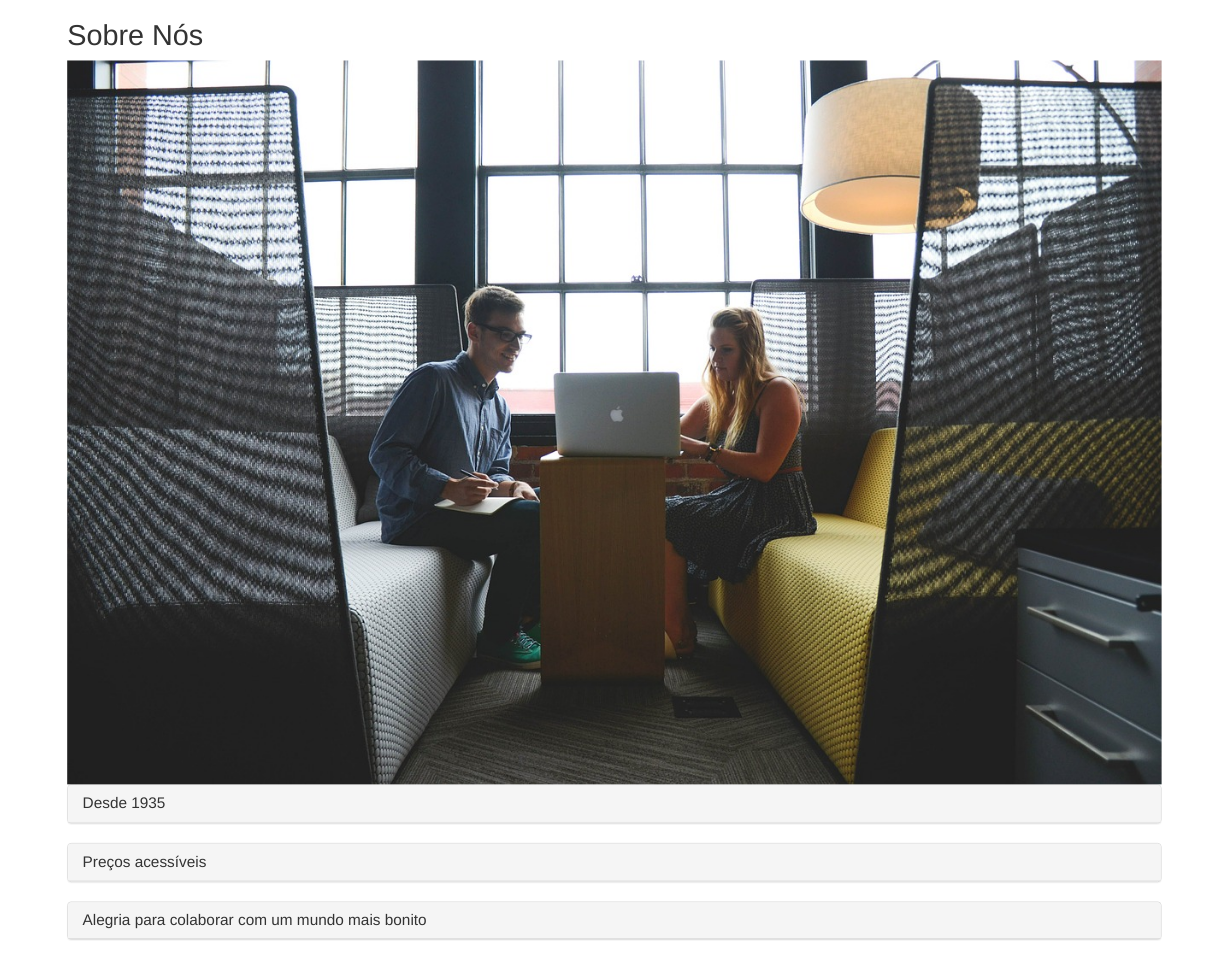
Repository: daviemer/bootstrap-alura
Page: index2.html
These files come from the project's save history. The page is drawn as it stood at one moment and after the next save; the edit follows.
The browser window is 1280 px wide. The pictures show the whole page, at 96% of full size.

Above is the page before, as saved 2022-07-08 19:20:20.

After the next save:
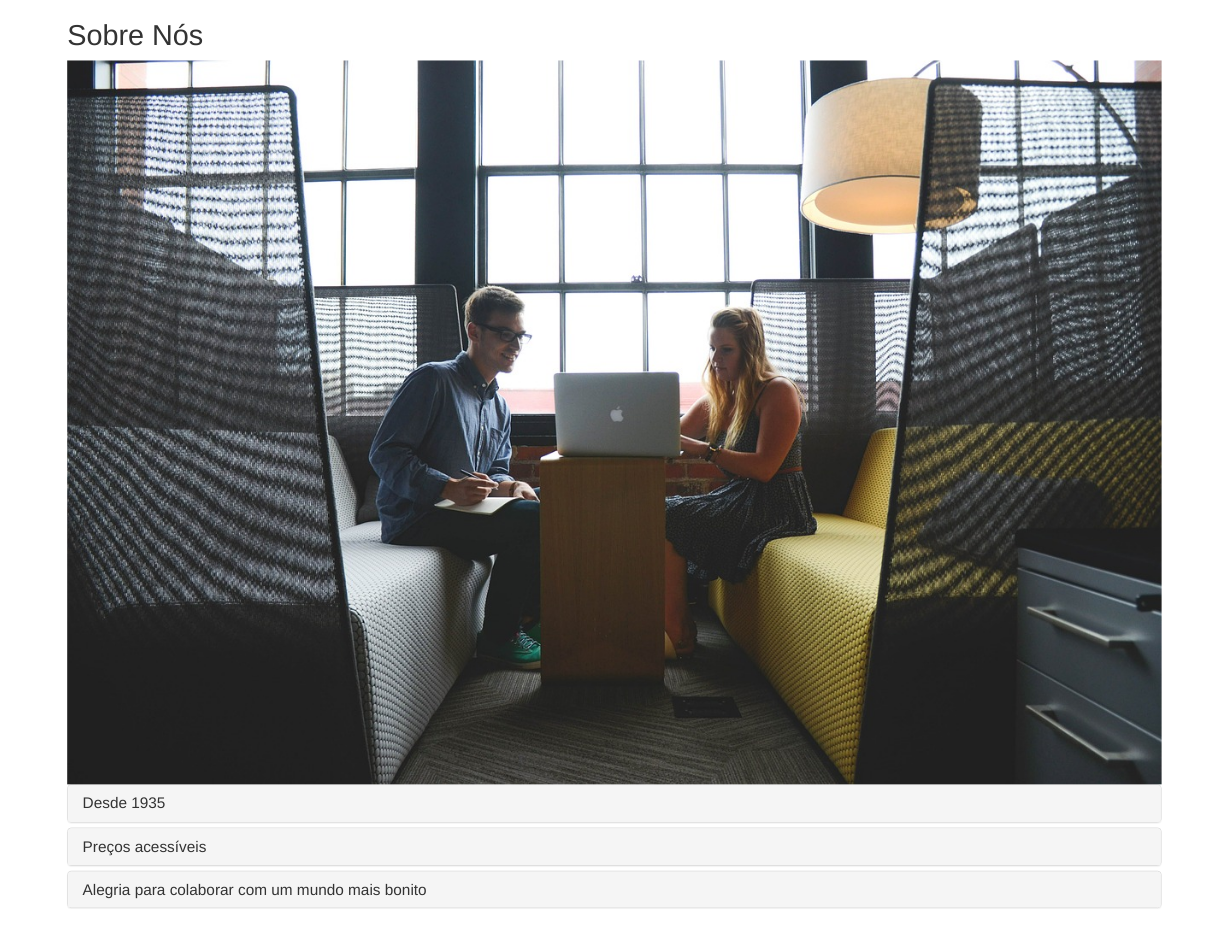
Saved 96 s later.
--- a/index2.html
+++ b/index2.html
@@ -11,41 +11,40 @@
   <div class="container">
     <h2>Sobre Nós</h2>
     <img class="img-responsive" src="assets/img/empresa.jpg" alt="">
-    <div class="panel panel-default">
-      <div class="panel-heading">
-        <h3 class="panel-title" data-toggle="collapse" data-target="#primeiro-paragrafo">Desde 1935</h3>
+    <div class="panel-group">
+      <div class="panel panel-default">
+        <div class="panel-heading">
+          <h3 class="panel-title" data-toggle="collapse" data-target="#primeiro-paragrafo">Desde 1935</h3>
+        </div>
+          <div id="primeiro-paragrafo" class="collapse">
+            <div class="panel-body">
+              <p>A TopCasaFina arquitetura está no mercado desde</p>
+            </div>
+          </div>
+
       </div>
-        <div id="primeiro-paragrafo" class="collapse">
-          <div class="panel-body">
-            <p>A TopCasaFina arquitetura está no mercado desde</p>
+      <div class="panel panel-default">
+        <div class="panel-heading">
+          <h3 class="panel-title" data-toggle="collapse" data-target="#segundo-paragrafo">Preços acessíveis</h3>
+        </div>
+          <div id="segundo-paragrafo" class="collapse">
+            <div class="panel-body">
+              <p>A TopCasaFina arquitetura está no mercado desde</p>
+            </div>
           </div>
+
+      </div>
+      <div class="panel panel-default">
+        <div class="panel-heading">
+          <h3 class="panel-title" data-toggle="collapse" data-target="#terceiro-paragrafo">Alegria para colaborar com um mundo mais bonito</h3>
         </div>
-
+          <div id="terceiro-paragrafo" class="collapse">
+            <div class="panel-body">
+              <p >A TopCasaFina arquitetura está no mercado desde</p>
+              </div>
+          </div>
+      </div>
     </div>
-    <div class="panel panel-default">
-      <div class="panel-heading">
-        <h3 class="panel-title" data-toggle="collapse" data-target="#segundo-paragrafo">Preços acessíveis</h3>
-      </div>
-        <div id="segundo-paragrafo" class="collapse">
-          <div class="panel-body">
-            <p>A TopCasaFina arquitetura está no mercado desde</p>
-          </div>
-        </div>
-
-    </div>
-    <div class="panel panel-default">
-      <div class="panel-heading">
-        <h3 class="panel-title" data-toggle="collapse" data-target="#terceiro-paragrafo">Alegria para colaborar com um mundo mais bonito</h3>
-      </div>
-        <div id="terceiro-paragrafo" class="collapse">
-          <div class="panel-body">
-            <p >A TopCasaFina arquitetura está no mercado desde</p>
-            </div>
-        </div>
-    </div>
-
-
-
   </div>
 
   </div>
